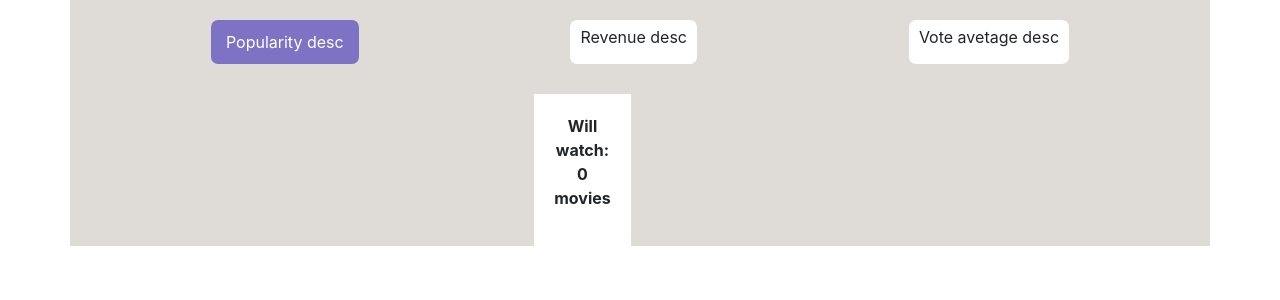
Repository: mamulini/movieslist
Page: /
An editor plug-in stored every save of this project. The page is shown before and after the next save, followed by the edit.
The browser window is 1280 px wide. The pictures show the whole page.
The first visible `.nav__item` is being pressed.
The page's requests for data from a server got no answer. Some web libraries are served in a nearby version. The project was rebuilt for these pictures with package versions that can differ from the ones it lists, and the page was loaded fresh each time. No one was signed in, and anything a server would have sent is missing. Also part of the build but not shown: src/component/MovieItem.jsx.

Above is the page before, as saved 2020-03-12 13:08:25.

### public/index.html
<!DOCTYPE html>
<html lang="en">
  <head>
    <meta charset="utf-8" />
    <link rel="icon" href="%PUBLIC_URL%/favicon.ico" />
    <meta name="viewport" content="width=device-width, initial-scale=1" />
    <meta name="theme-color" content="#000000" />
    <meta
      name="description"
      content="Web site created using create-react-app"
    />
    <link rel="stylesheet" href="https://cdnjs.cloudflare.com/ajax/libs/font-awesome/5.11.2/css/all.css" integrity="sha256-46qynGAkLSFpVbEBog43gvNhfrOj+BmwXdxFgVK/Kvc=" crossorigin="anonymous" />
    <link rel="apple-touch-icon" href="%PUBLIC_URL%/logo192.png" />
    <!--
      manifest.json provides metadata used when your web app is installed on a
      user's mobile device or desktop. See https://developers.google.com/web/fundamentals/web-app-manifest/
    -->
    <link rel="manifest" href="%PUBLIC_URL%/manifest.json" />
    <!--
      Notice the use of %PUBLIC_URL% in the tags above.
      It will be replaced with the URL of the `public` folder during the build.
      Only files inside the `public` folder can be referenced from the HTML.

      Unlike "/favicon.ico" or "favicon.ico", "%PUBLIC_URL%/favicon.ico" will
      work correctly both with client-side routing and a non-root public URL.
      Learn how to configure a non-root public URL by running `npm run build`.
    -->
    <title>ReactWarrior App</title>
  </head>
  <body>
    <noscript>You need to enable JavaScript to run this app.</noscript>
    <div id="root"></div>
    <!--
      This HTML file is a template.
      If you open it directly in the browser, you will see an empty page.

      You can add webfonts, meta tags, or analytics to this file.
      The build step will place the bundled scripts into the <body> tag.

      To begin the development, run `npm start` or `yarn start`.
      To create a production bundle, use `npm run build` or `yarn build`.
    -->
  </body>
</html>

### src/index.js
import React from 'react';
import ReactDOM from 'react-dom';
import 'bootstrap/dist/css/bootstrap.css';
import './index.css';
import App from './container/App';
import * as serviceWorker from './serviceWorker';



ReactDOM.render(<App />, document.getElementById('root'));

serviceWorker.unregister();

### src/index.css
body {
  margin: 0;
  padding: 0;
  font-family: -apple-system, BlinkMacSystemFont, 'Segoe UI', 'Roboto', 'Oxygen',
    'Ubuntu', 'Cantarell', 'Fira Sans', 'Droid Sans', 'Helvetica Neue',
    sans-serif;
  -webkit-font-smoothing: antialiased;
  -moz-osx-font-smoothing: grayscale;
  box-sizing: border-box;
}

code {
  font-family: source-code-pro, Menlo, Monaco, Consolas, 'Courier New',
    monospace;
}
























/* .container{
  max-width: 400px;
  margin: 0 auto;
  background: #ffffff;
}

.tittle{
  text-align: left;
}

.poster{
  display: block;
  max-width: 400px ;
}

.overview{
  max-width: 500px;
}

.voteArea{
  display: flex;
  justify-content: space-between;
  align-items: center;
}

.likeBtn{
  background: blue;
  color: #ffffff;
} */

### src/container/App.js
import React from 'react';
import './App.css';
// import MoviesData from '../MoviesData';
import MovieItem from '../component/MovieItem';
import MovieTabs from '../component/MovieTabs';
import {API_URL,API_KEY_3} from '../utils/api';




class App extends React.Component{
  constructor(){
    super();
    this.state = {
      movies: [],
      moviesWillWatch: [],

      }

      console.log('Constructor');
  }

 componentDidMount() {
   fetch(`${API_URL}/discover/movie?api_key=${API_KEY_3}&sort_by=release_date.desc`).then( response => {
     return response.json()
   }).then( data => {

     this.setState({
       movies: data.results
     })
   })
 }


  removeMovie = movie => {
    const updateMovies = this.state.movies.filter(function (item){
      return item.id !== movie.id
    });
    this.setState({
      movies: updateMovies
    });
  }

  addMoviesToWillWatch = movie => {
    const updateMoviesWillWatch = [...this.state.moviesWillWatch];
    updateMoviesWillWatch.push(movie);
    console.log(updateMoviesWillWatch);

    this.setState({
      moviesWillWatch: updateMoviesWillWatch
    })
  }

  removeMovieFromWillWatch = movie => {
    const updateMoviesWillWatch = this.state.moviesWillWatch.filter(function (item){
      return item.id !== movie.id
    });
    this.setState({
      moviesWillWatch: updateMoviesWillWatch
    });
  }



  render(){
    console.log('render');
      return(
      <div className='container'>
        <MovieTabs />
        <div className={'movie__wrapper'}>
          <div className={'movies'}>{this.state.movies.map( movie => {
          return(
           <MovieItem removeMovie={this.removeMovie} addMoviesToWillWatch={this.addMoviesToWillWatch}  movie={movie} removeMovieFromWillWatch={this.removeMovieFromWillWatch} />
          )
          })}

          </div>
          <div className={'willWatch'}>
            <p>Will watch: {this.state.moviesWillWatch.length} movies</p>
            {/* <div>{this.state.moviesWillWatch}</div> */}
          </div>
        </div>
      </div>


    )
  }
}

export default App;

### src/container/App.css

.container{
  display: flex;
  flex-direction: column;
  background: rgba(207, 203, 197, 0.671);


}

.movie__tabs{
  display: flex;
  justify-content: space-around;
  padding: 20px;
}

.nav__item{
  padding: 5px 10px;
  background: #ffffff;
  border-radius: 7px;
  cursor: pointer;
}

.nav__item:hover{
  background: #7e72c5;
  color: #ffffff;
}

.nav__item:active{
  padding: 10px 15px;
}

.movie__wrapper{
  max-width: 100%;
  padding: 0;
  display: flex;
  flex-flow: row wrap;
  margin: 0 auto;

}

.willWatch{
  flex: 0 0 20%;
  background: #ffffff;
  text-align: center;
  padding: 10px;
  font-weight: bold;
}

.willWatch p{
  text-align: center;
  padding: 10px;
  font-weight: bold;
}


.movies{
  flex: 0 0 80%;
  padding: 5px;
  display: flex;
  flex-flow: row wrap;



}

.movie__item{
  box-shadow: 0 0 18px rgba(214,214,214,.9);
  flex: 0 0 22%;
  margin: 10px;
  background: #ffffff;
}

.movie__title{
  padding: 10px;
  text-align: center;
  font-size: 1rem;

}

.movie__poster{
  max-width: 100%;
}
.movie__poster img{
  width: 100%;
}


.movie__rank{
  color: goldenrod;
  font-size: 1.5em;
}

.movie__btn{
  margin: 5px auto;
  background: red;
  color: #ffffff;
  border-radius: 8px;
}




.willWatch__btn{
  float: right;
  margin: 5px;
  background: rgb(101, 116, 105);
  color: #ffffff;
  border-radius: 8px;

}
.willWatch__btn--success{
  float: right;
  margin: 5px;
  background: rgb(22, 170, 29);
  color: #ffffff;
  border-radius: 8px;

}

### src/component/MovieTabs.jsx
import React from 'react';


class MovieTabs extends React.Component{
    render(){
        return(
            <ul className={'movie__tabs nav nav__pils'}>
                <li className={'nav__item'}>
                    <div className={'nav__link'}>Popularity desc</div>
                </li>
                <li className={'nav__item'}>
                    <div className={'nav__link'}>Revenue desc</div>
                </li>
                <li className={'nav__item'}>
                    <div className={'nav__link'}>Vote avetage desc</div>
                </li>
            </ul>
        )
    }
}

export default MovieTabs

### src/utils/api.js
export const API_URL = "https://api.themoviedb.org/3";

export const API_KEY_3 = "3f4ca4f3a9750da53450646ced312397";

export const API_KEY_4 =
  "eyJ0eXAiOiJKV1QiLCJhbGciOiJIUzI1NiJ9.eyJhdWQiOiIzZjRjYTRmM2E5NzUwZGE1MzQ1MDY0NmNlZDMxMjM5NyIsInN1YiI6IjVhYzlmNWRkOTI1MTQxNjJhZTA1Njk0NiIsInNjb3BlcyI6WyJhcGlfcmVhZCJdLCJ2ZXJzaW9uIjoxfQ.Fc4f9DVB6pFWh6hIjYe0NCC4pImdmNzDIfi_3Nb3tC4";

Loaded but not shown: src/serviceWorker.js (common file); public/manifest.json (common file)

After the next save:
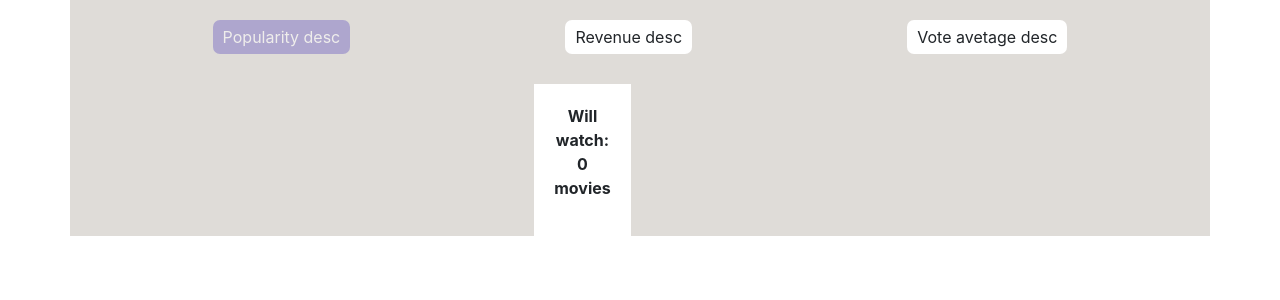
Saved 29 s later.
--- a/src/container/App.css
+++ b/src/container/App.css
@@ -26,7 +26,7 @@
 }
 
 .nav__item:active{
-  padding: 10px 15px;
+  opacity: .5;;
 }
 
 .movie__wrapper{
